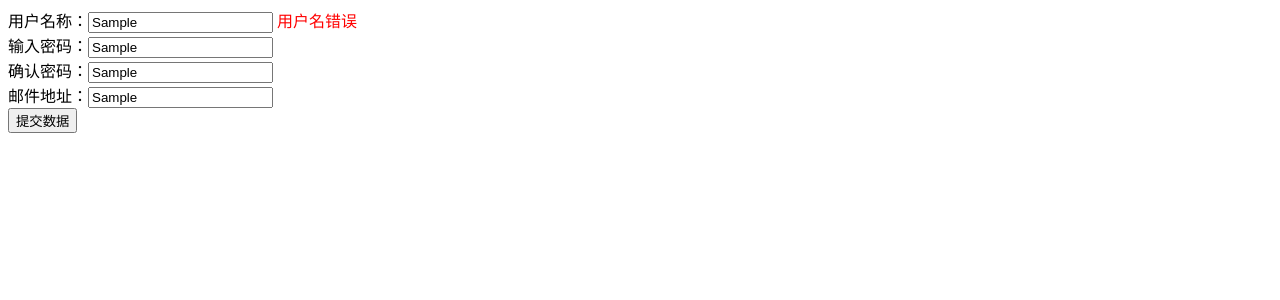
Repository: tangchengjingwen/javaLearningCode
Page: javaLearningCode/day31_html/checkform.html
These files come from the project's save history. The page is drawn as it stood at one moment and after the next save; the edit follows.
The browser window is 1280 px wide. The pictures show the whole page.
Empty fields were first filled with sample values (such as "Sample", 5 or name@example.com).
After loading, the first visible `form` was submitted once.

Above is the page before, as saved 2012-05-15 08:03:23.

### javaLearningCode/day31_html/checkform.html
<!DOCTYPE HTML PUBLIC "-//W3C//DTD HTML 4.01//EN" "http://www.w3.org/TR/html4/strict.dtd">
<html>
	<head>
		<meta http-equiv="Content-Type" content="text/html; charset=GBK">
		<title>Untitled Document</title>

		<script type="text/javascript">

			//要求是四个字母。
			function checkUserDemo(){

				var flag ;
				//1,获取用户名文本框对象。
				var userNode = document.getElementsByName("user")[0];
				//2,获取用户输入的信息。
				var name = userNode.value;

				//3，获取显示校验信息结果的节点对象。
				var spanNode = document.getElementById("userspan");

				//对用户名进行正则的校验。
				//创建正则对象，将正则表达式封装到正则对象中。
//				var reg = new RegExp("^\\d{4}$","i");
				var reg = /^[a-z]{4}$/i;

				if(reg.test(name)){
					spanNode.innerHTML = "用户名正确".fontcolor("green");
					flag = true;
				}else{
					spanNode.innerHTML = "用户名错误".fontcolor("red");
					flag = false;

				}
				return flag;

			}






			//校验方法。
			function check(name,regex,spanid,okinfo,errinfo){

				var flag ;

				var val = document.getElementsByName(name)[0].value;

				var spanNode = document.getElementById(spanid);

				if(regex.test(val)){
					spanNode.innerHTML = okinfo.fontcolor("green");
					flag = true;
				}else{
					spanNode.innerHTML = errinfo.fontcolor("red");
					flag = false;
				}
				return flag;
			}


			//校验用户名。
			function checkUser(){

				var regex = /^[a-z]{4}$/i;

				return check("user",regex,"userspan","用户名正确","用户名错误");
			}


			//校验密码
			function checkPsw(){
				var regex = /^\d{4}$/;

				return check("psw",regex,"pswspan","密码正确","密码错误");
			}




			//确认密码。
			function checkRepsw(){

				var flag ;
				//1,获取密码的值。
				var pass = document.getElementsByName("psw")[0].value;

				//2,
				var repass = document.getElementsByName("repsw")[0].value;

				var spanNode = document.getElementById("repswspan");

				if(pass==repass){
					spanNode.innerHTML = "两次密码一致".fontcolor("green");
					flag = true;
				}else{
					spanNode.innerHTML = "两次密码不一致".fontcolor("red");
					flag = false;
				}
				return flag;

			}







			//校验邮件
			function checkMail(){
				var regex = /^\w+@\w+(\.\w+)+$/i;

				return check("mail",regex,"mailspan","邮件正确","邮件错误");
			}














			function checkForm(){

				alert();
				if(checkUser() && checkPsw() && checkRepsw() && checkMail())
					return true;
				return false;
			}
		</script>
	</head>
	<body>

		<form onsubmit="return checkForm()">
			用户名称：<input type="text" name="user" onblur="checkUser()" />
			<span id="userspan"></span>
			<br/>

			输入密码：<input type="text" name="psw" onblur="checkPsw()" />
			<span id="pswspan"></span>
			<br/>

			确认密码：<input type="text" name="repsw" onblur="checkRepsw()" />
			<span id="repswspan"></span>
			<br/>

			邮件地址：<input type="text" name="mail" onblur="checkMail()" />
			<span id="mailspan"></span>
			<br/>

			<input type="submit" value="提交数据" />

		</form>

	</body>
</html>

After the next save:
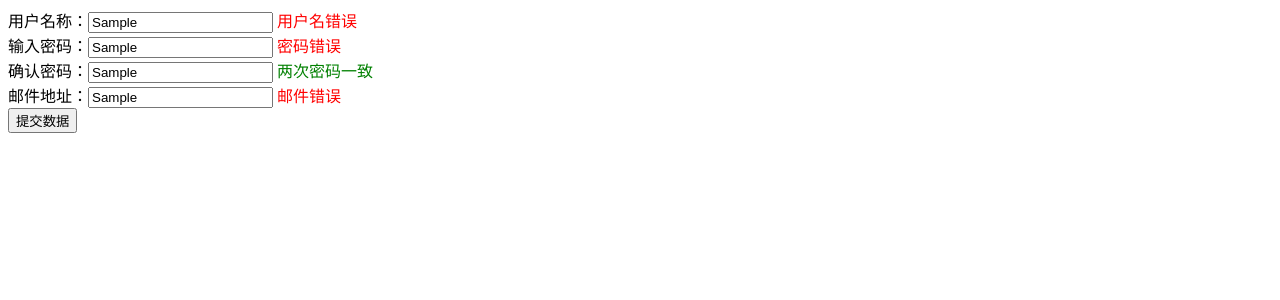
Saved 20 s later.
--- a/javaLearningCode/day31_html/checkform.html
+++ b/javaLearningCode/day31_html/checkform.html
@@ -130,7 +130,7 @@
 
 			function checkForm(){
 
-				alert();
+				alert(checkUser()+","+checkPsw() +","+ checkRepsw() +","+ checkMail());
 				if(checkUser() && checkPsw() && checkRepsw() && checkMail())
 					return true;
 				return false;
